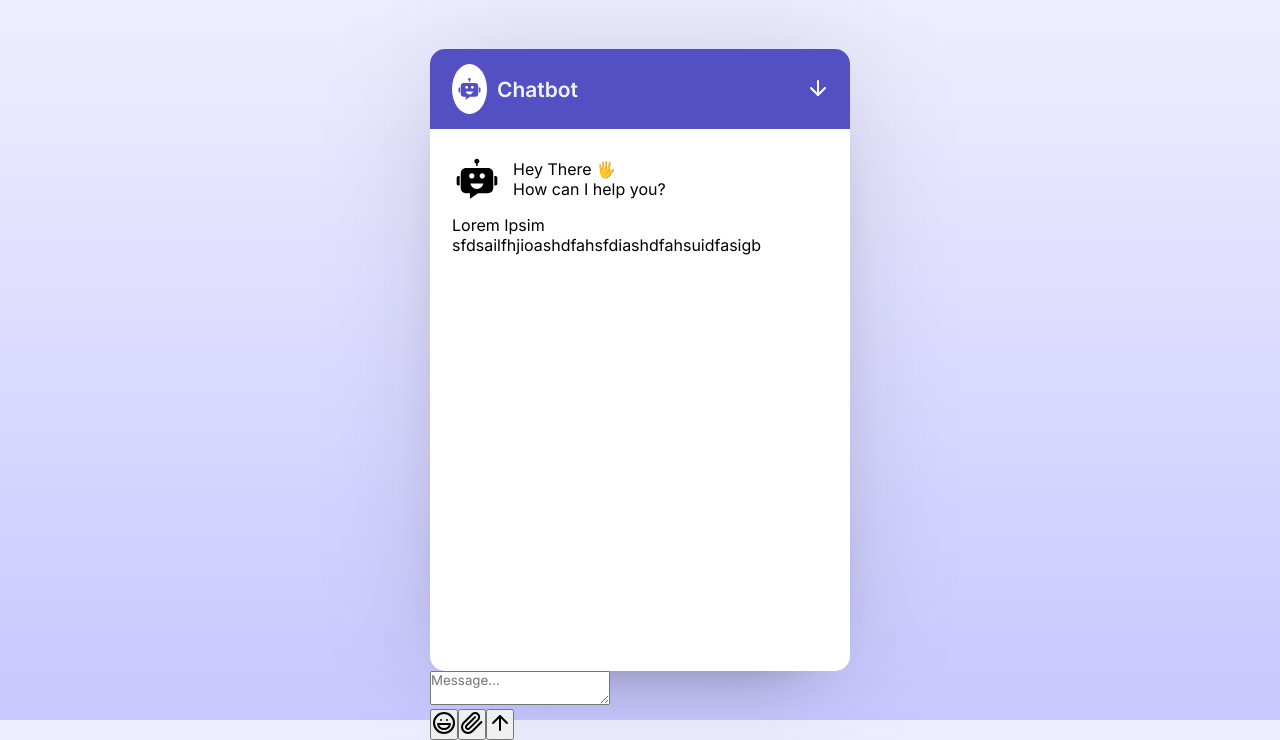
Repository: guilhermecardoso93/ai-bot
Page: /
The author's editor kept a copy of each file at every save. The page is drawn from the files as they stood at one save, then again after the next save.
The browser window is 1280 px wide. The pictures show the whole page.
The project was rebuilt for these pictures with package versions that can differ from the ones it lists, and the page was loaded fresh each time. Also part of the build but not shown: vite.config.js.

Above is the page before, as saved 2024-11-11 20:55:12.

After the next save:
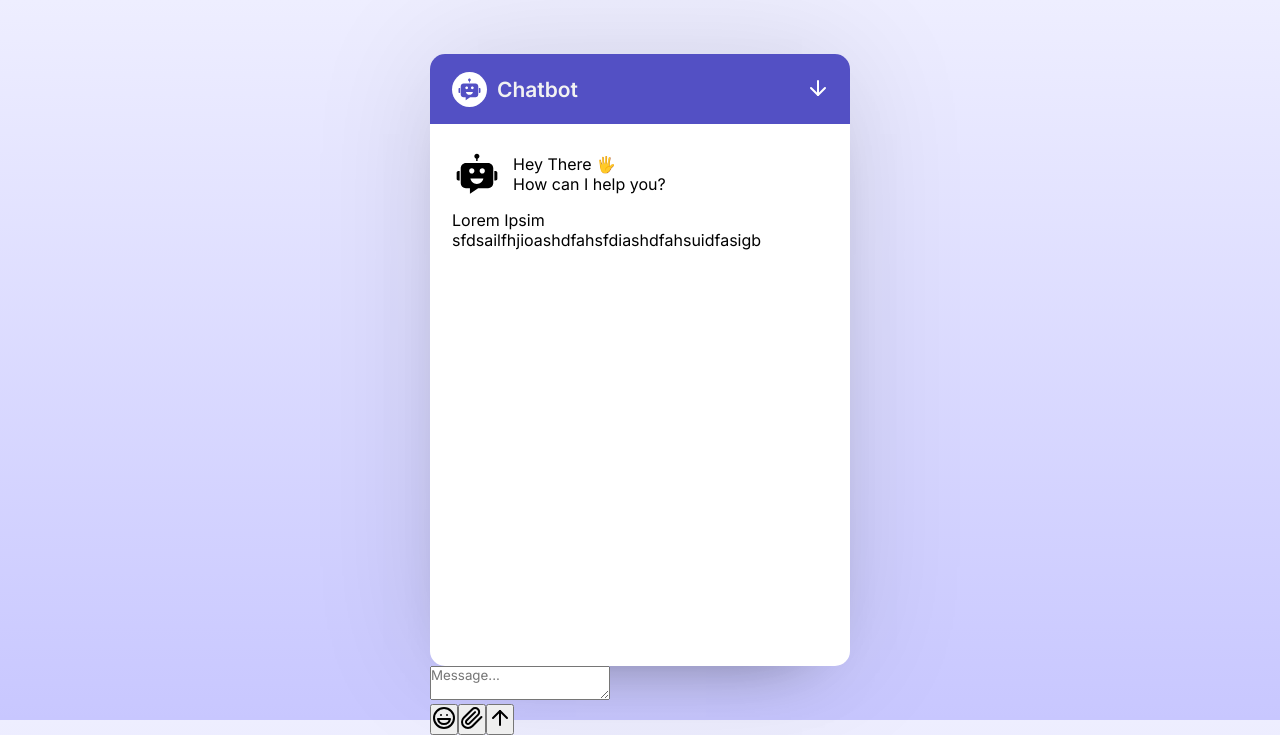
Saved 13 s later.
--- a/src/index.css
+++ b/src/index.css
@@ -46,12 +46,12 @@ body {
 
 .header-info .logo {
   width: 35px;
-  width: 35px;
+  height: 35px;
   background: #fff;
   border-radius: 50%;
   flex-shrink: 0;
   padding: 4px;
-  fill:#5350c4;
+  fill: #5350c4;
 }
 
 .header-info .logo-text {
